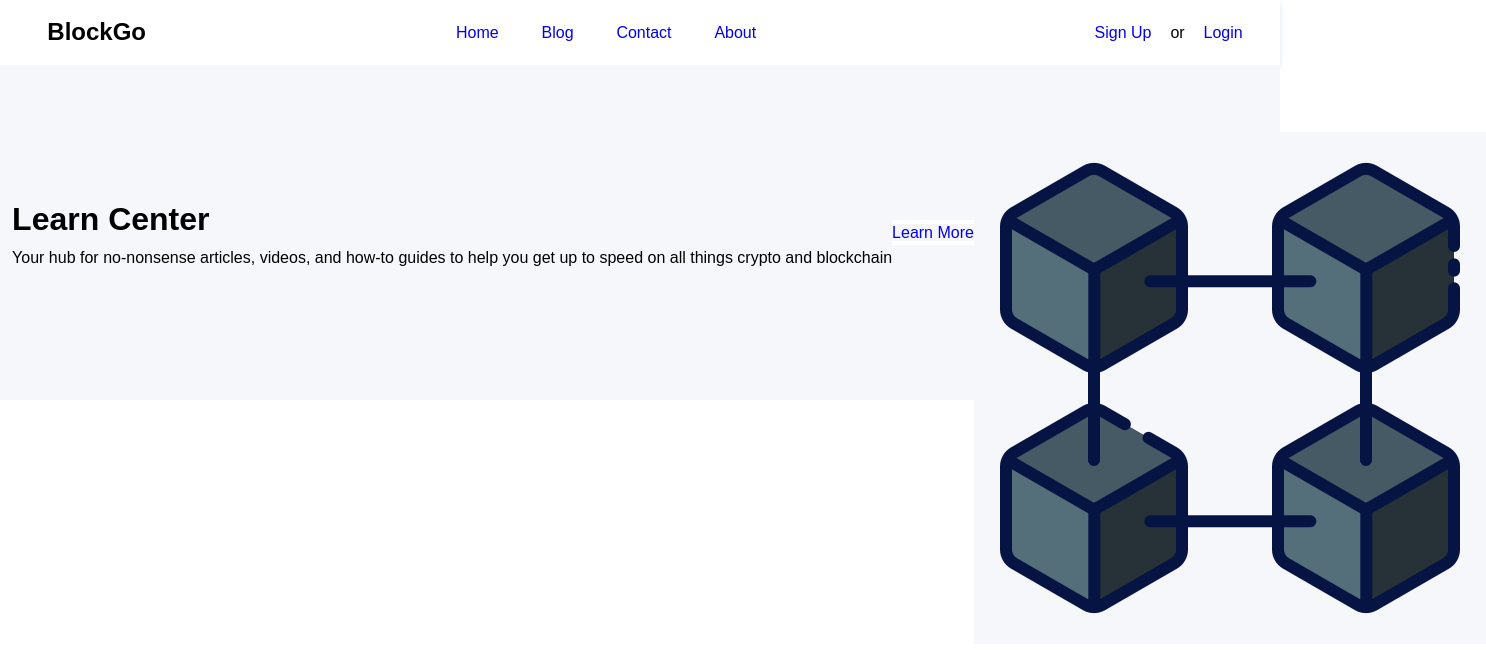
Repository: Tafsirul555/Assignment
Page: Assignment1.html
These files come from the project's save history. The page is drawn as it stood at one moment and after a run of saves; the edit follows.
The browser window is 1280 px wide. The page is 1486 px wide, then 1408 px, so the pictures cover 1486 px, including what lies to the right of the window. The pictures show the whole page.

Above is the page before, as saved 2025-06-06 00:08:47.

After the next 2 saves:
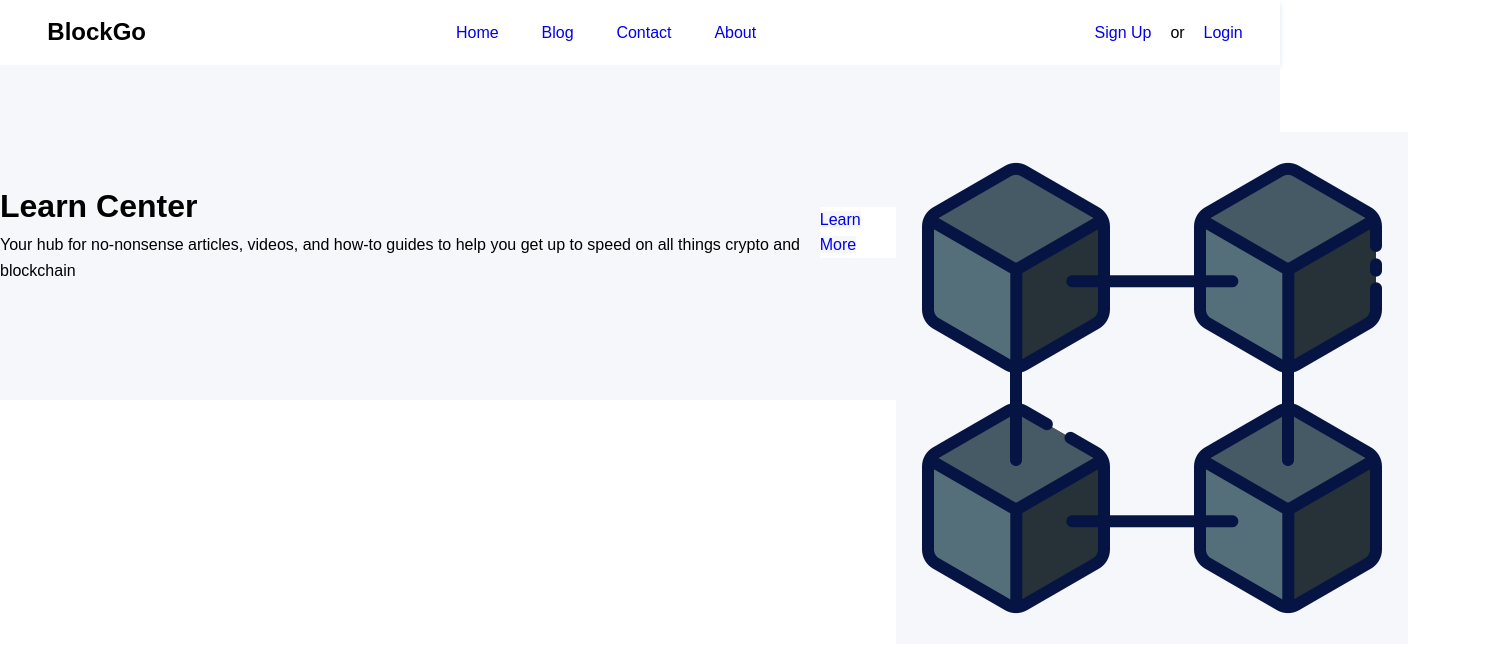
The 2 saves are shown as one change because they came seconds apart.
The last was saved 19 s later.
--- a/Assignment1.css
+++ b/Assignment1.css
@@ -84,7 +84,7 @@
 }
 
 .bannerpic{
-    width: 294px;
+    width: 30vw;
     height: 201px;
     top: 66.82px;
     left: 568.63px;
